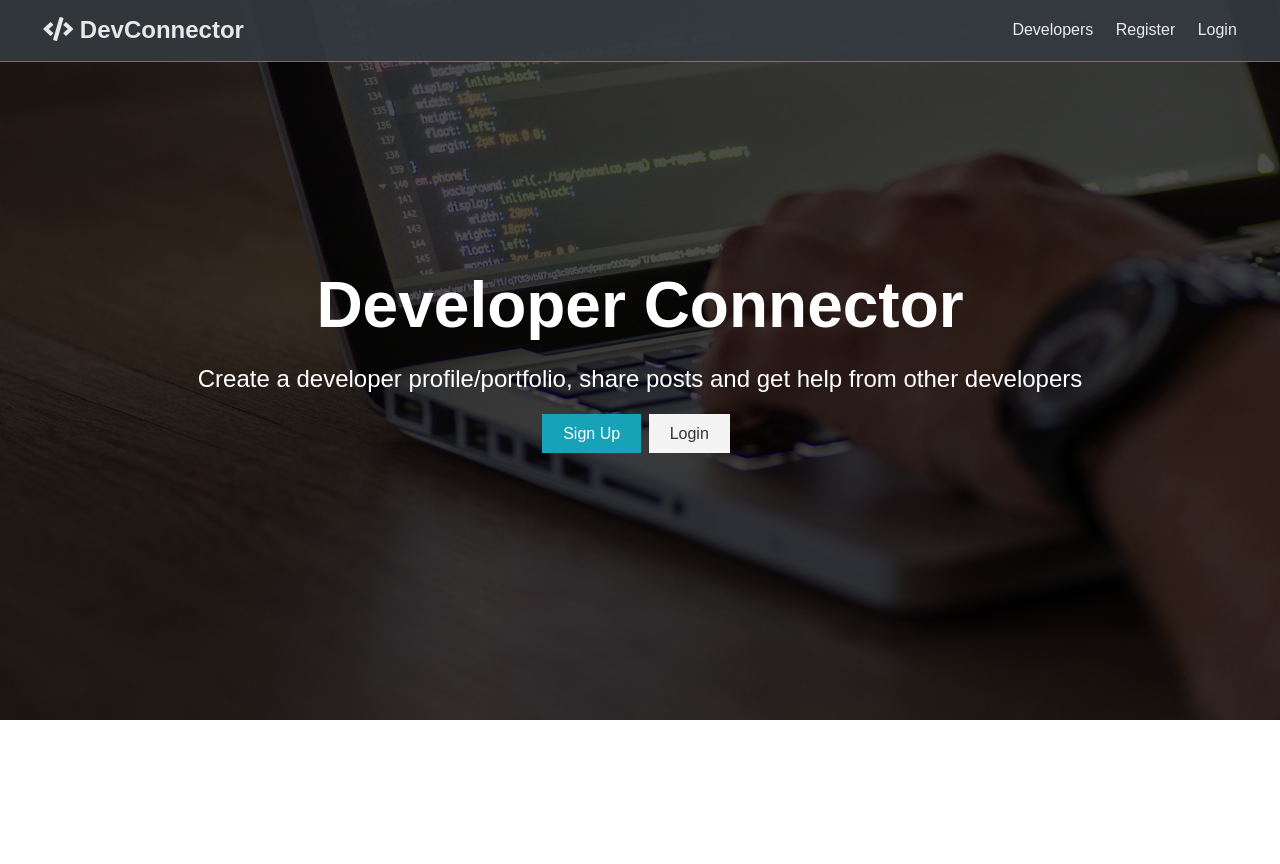
Repository: ErikBaer/devConnector
Page: / (app in client/)
An editor plug-in stored every save of this project. The page is shown before and after the next save, followed by the edit.
The browser window is 1280 px wide. The pictures show the whole page.
The page's requests for data from a server got no answer. Some web libraries are served in a nearby version. The project was rebuilt for these pictures with package versions that can differ from the ones it lists, and the page was loaded fresh each time. No one was signed in, and anything a server would have sent is missing. Also part of the build but not shown: client/src/components/auth/Register.js, client/src/components/auth/Login.js, client/src/components/layout/Alert.js, client/src/components/layout/Spinner.js, client/src/actions/profile.js, client/src/components/dashboard/DashboardActions.js, client/src/components/dashboard/Experience.js, client/src/components/dashboard/Education.js and 19 more. Imported but missing from the stored project, and not drawn on this page: client/src/components/profiles/ProfileItem.

Above is the page before, as saved 2020-04-20 17:58:22.

### client/public/index.html
<!DOCTYPE html>
<html lang="en">

<head>
  <meta charset="utf-8" />
  <link rel="icon" href="%PUBLIC_URL%/favicon.ico" />
  <meta name="viewport" content="width=device-width, initial-scale=1" />
  <meta name="theme-color" content="#000000" />
  <meta name="description" content="Web site created using create-react-app" />
  <link rel="apple-touch-icon" href="%PUBLIC_URL%/logo192.png" />
  <link rel="stylesheet" href="https://cdnjs.cloudflare.com/ajax/libs/font-awesome/5.13.0/css/all.min.css">
  <link rel="manifest" href="%PUBLIC_URL%/manifest.json" />

  <title>Welcome to devConnector</title>
</head>

<body>
  <noscript>You need to enable JavaScript to run this app.</noscript>
  <div id="root"></div>

</body>

</html>

### client/src/components/layout/Navbar.js
import React, { Fragment } from 'react';
import { Link } from 'react-router-dom';
import { connect } from 'react-redux';
import PropTypes from 'prop-types';
import { logout } from '../../actions/auth';


export const Navbar = ({ auth: { isAuthenticated, loading }, logout }) => {

    const authLinks = (
        <ul>
            <li><Link to="/profiles">
                Developers</Link></li>
            <li><Link to="/posts">
                Posts</Link></li>
            <li><Link to="/dashboard"><i className="fas fa-user" />{' '}
                <span className='hide-sm'> Dashboard</span></Link></li>
            <li>
                <a onClick={logout} href="/../#!">
                    <i className="fas fa-sign-out-alt" />{' '}
                    <span className='hide-sm' >Logout</span></a>
            </li>

        </ul>
    );

    const guestLinks = (
        <ul>
            <li><Link to="/profiles">Developers</Link></li>
            <li><Link to="/register">Register</Link></li>
            <li><Link to="/login">Login</Link></li>
        </ul>
    )


    return (
        <nav className="navbar bg-dark">
            <h1>
                <Link to="/"><i className="fas fa-code" /> DevConnector</Link>
            </h1>
            {!loading && (<Fragment>{isAuthenticated ? authLinks : guestLinks}</Fragment>)}
        </nav>
    )
}

Navbar.propTypes = {
    logout: PropTypes.func.isRequired,
    auth: PropTypes.object.isRequired,
}

const mapStateToProps = state => ({
    auth: state.auth
})

export default connect(mapStateToProps, { logout })(Navbar);

### client/src/components/layout/Landing.js
import React from 'react';
import { Link, Redirect } from 'react-router-dom';
import { connect } from 'react-redux';
import PropTypes from 'prop-types';

const Landing = ({ isAuthenticated }) => {
    if (isAuthenticated) {
        return <Redirect to='/dashboard' />;
    }

    return (
        <section className='landing'>
            <div className='dark-overlay'>
                <div className='landing-inner'>
                    <h1 className='x-large'>Developer Connector</h1>
                    <p className='lead'>
                        Create a developer profile/portfolio, share posts and get help from
                        other developers
          </p>
                    <div className='buttons'>
                        <Link to='/register' className='btn btn-primary'>
                            Sign Up
            </Link>
                        <Link to='/login' className='btn btn-light'>
                            Login
            </Link>
                    </div>
                </div>
            </div>
        </section>
    );
};

Landing.propTypes = {
    isAuthenticated: PropTypes.bool
};

const mapStateToProps = state => ({
    isAuthenticated: state.auth.isAuthenticated
});

export default connect(mapStateToProps)(Landing);

### client/src/App.css
:root {
  --primary-color: #17a2b8;
  --dark-color: #343a40;
  --light-color: #f4f4f4;
  --danger-color: #dc3545;
  --success-color: #28a745;
}

* {
  box-sizing: border-box;
  margin: 0;
  padding: 0;
}

body {
  font-family: 'Raleway', sans-serif;
  font-size: 1rem;
  line-height: 1.6;
  background-color: #fff;
  color: #333;
}

a {
  color: var(--primary-color);
  text-decoration: none;
}

ul {
  list-style: none;
}

img {
  width: 100%;
  height:100%;
  display:block;
}

/* Utilities */
.container {
  max-width: 1100px;
  margin: auto;
  overflow: hidden;
  padding: 0 2rem;
  margin-top: 6rem;
  margin-bottom: 3rem;
}

/* Text Styles*/
.x-large {
  font-size: 4rem;
  line-height: 1.2;
  margin-bottom: 1rem;
}

.large {
  font-size: 3rem;
  line-height: 1.2;
  margin-bottom: 1rem;
}

.lead {
  font-size: 1.5rem;
  margin-bottom: 1rem;
}

.text-center {
  text-align: center;
}

.text-primary {
  color: var(--primary-color);
}

.text-dark {
  color: var(--dark-color);
}

/* Padding */
.p {
  padding: 0.5rem;
}
.p-1 {
  padding: 1rem;
}
.p-2 {
  padding: 2rem;
}
.p-3 {
  padding: 3rem;
}
.py {
  padding: 0.5rem 0;
}
.py-1 {
  padding: 1rem 0;
}
.py-2 {
  padding: 2rem 0;
}
.py-3 {
  padding: 3rem 0;
}

/* Margin */
.m {
  margin: 0.5rem;
}
.m-1 {
  margin: 1rem;
}
.m-2 {
  margin: 2rem;
}
.m-3 {
  margin: 3rem;
}
.my {
  margin: 0.5rem 0;
}
.my-1 {
  margin: 1rem 0;
}
.my-2 {
  margin: 2rem 0;
}
.my-3 {
  margin: 3rem 0;
}

.btn {
  display: inline-block;
  background: var(--light-color);
  color: #333;
  padding: 0.4rem 1.3rem;
  font-size: 1rem;
  border: none;
  cursor: pointer;
  margin-right: 0.5rem;
  transition: opacity 0.2s ease-in;
  outline: none;
}

.badge {
  font-size: 0.8rem;
  padding: 0.1rem;
  text-align: center;
  margin: 0.3rem;
  background: var(--light-color);
  color: #333;
}

.alert {
  padding: 0.8rem;
  margin: 1rem 0;
  opacity: 0.9;
  background: var(--light-color);
  color: #333;
}

.btn-primary,
.bg-primary,
.badge-primary,
.alert-primary {
  background: var(--primary-color);
  color: #fff;
}

.btn-light,
.bg-light,
.badge-light,
.alert-light {
  background: var(--light-color);
  color: #333;
}

.btn-dark,
.bg-dark,
.badge-dark,
.alert-dark {
  background: var(--dark-color);
  color: #fff;
}

.btn-danger,
.bg-danger,
.badge-danger,
.alert-danger {
  background: var(--danger-color);
  color: #fff;
}

.btn-success,
.bg-success,
.badge-success,
.alert-success {
  background: var(--success-color);
  color: #fff;
}

.btn-white,
.bg-white,
.badge-white,
.alert-white {
  background: #fff;
  color: #333;
  border: #ccc solid 1px;
}

.btn:hover {
  opacity: 0.8;
}

.bg-light,
.badge-light {
  border: #ccc solid 1px;
}

.round-img {
  border-radius: 50%;
}

.line {
  height: 1px;
  background: #ccc;
  margin: 1.5rem 0;
}

/* Overlay */
.dark-overlay {
  background-color: rgba(0, 0, 0, 0.7);
  position: absolute;
  top: 0;
  left: 0;
  width: 100%;
  height: 100%;
}

/* Forms */
.form .form-group {
  margin: 1.2rem 0;
}

.form .form-text {
  display: block;
  margin-top: 0.3rem;
  color: #888;
}

.form input[type='text'],
.form input[type='email'],
.form input[type='password'],
.form input[type='date'],
.form select,
.form textarea {
  display: block;
  width: 100%;
  padding: 0.4rem;
  font-size: 1.2rem;
  border: 1px solid #ccc;
}

.form input[type='submit'],
button {
  font: inherit;
}

.form .social-input {
  display: flex;
}

.form .social-input i {
  padding: 0.5rem;
  width: 4rem;
}

.form .social-input i.fa-twitter {
  color: #38a1f3;
}
.form .social-input i.fa-facebook {
  color: #3b5998;
}
.form .social-input i.fa-instagram {
  color: #3f729b;
}
.form .social-input i.fa-youtube {
  color: #c4302b;
}
.form .social-input i.fa-linkedin {
  color: #0077b5;
}

.table th,
.table td {
  padding: 1rem;
  text-align: left;
}

.table th {
  background: var(--light-color);
}

/* Navbar */
.navbar {
  display: flex;
  justify-content: space-between;
  align-items: center;
  padding: 0.7rem 2rem;
  position: fixed;
  z-index: 1;
  width: 100%;
  top: 0;
  border-bottom: solid 1px var(--primary-color);
  opacity: 0.9;
}

.navbar ul {
  display: flex;
}

.navbar a {
  color: #fff;
  padding: 0.45rem;
  margin: 0 0.25rem;
}

.navbar a:hover {
  color: var(--primary-color);
}

.navbar .welcome span {
  margin-right: 0.6rem;
}

/* Landing Page */
.landing {
  position: relative;
  background: url('./img/showcase.jpg') no-repeat center center/cover;
  height: 100vh;
}

.landing-inner {
  color: #fff;
  height: 100%;
  width: 80%;
  margin: auto;
  display: flex;
  flex-direction: column;
  align-items: center;
  justify-content: center;
  text-align: center;
}

/* Profiles Page */
.profile {
  display: grid;
  grid-template-columns: 2fr 4fr 2fr;
  align-items: center;
  grid-gap: 2rem;
  padding: 1rem;
  line-height: 1.8;
  margin-bottom: 1rem;
}

/* Profile Page */
.profile-grid {
  display: grid;
  grid-template-areas:
    'top top'
    'about about'
    'exp edu'
    'github github';
  grid-gap: 1rem;
}

.profile-top {
  grid-area: top;
  display: flex;
  flex-direction: column;
  align-items: center;
  justify-content: center;
  text-align: center;
}

.profile-top img {
  width: 250px;
}

.profile-top .icons a {
  color: #fff;
  margin: 0 0.3rem;
}

.profile-top .icons a:hover {
  color: var(--dark-color);
}

.profile-about {
  grid-area: about;
  text-align: center;
}

.profile-about .skills {
  display: flex;
  align-items: center;
  justify-content: center;
  text-align: center;
}

.profile-exp {
  grid-area: exp;
}

.profile-edu {
  grid-area: edu;
}

.profile-exp h2,
.profile-edu h2 {
  margin-bottom: 1rem;
}

.profile-exp > div,
.profile-edu > div {
  margin-bottom: 1rem;
  padding-bottom: 1rem;
  border-bottom: #ccc 1px dotted;
}

.profile-exp > div:last-child,
.profile-edu > div:last-child {
  border: 0;
}

.profile-exp p,
.profile-edu p {
  margin: 0.5rem 0;
}

.profile-github {
  grid-area: github;
}

.profile-github .repo {
  display: flex;
}

.profile-github .repo > div:first-child {
  flex: 7;
  flex-basis: 70%;
}

.profile-github > div:last-child {
  flex: 3;
  flex-basis: 20%;
}

/* Posts Page */
.post-form .post-form-header {
  background: var(--primary-color);
  padding: 0.5rem;
}

.post {
  display: grid;
  grid-template-columns: 1fr 4fr;
  grid-gap: 2rem;
  align-items: center;
}

.post > div:first-child {
  text-align: center;
}

.post img {
  width: 100px;
}

.post .comment-count {
  background: var(--light-color);
  color: var(--primary-color);
  padding: 0.1rem 0.2rem;
  border-radius: 5px;
  font-size: 0.8rem;
}

.post .post-date {
  color: #aaa;
  font-size: 0.8rem;
  margin-bottom: 0.5rem;
}

/* Mobile Styles */
@media (max-width: 700px) {
  .container {
    margin-top: 8rem;
  }

  .hide-sm {
    display: none;
  }

  /* Text Styles */
  .x-large {
    font-size: 3rem;
  }

  .large {
    font-size: 2rem;
  }

  .lead {
    font-size: 1rem;
  }

  /* Navbar */
  .navbar {
    display: block;
    text-align: center;
  }

  .navbar ul {
    text-align: center;
    justify-content: center;
  }

  .navbar h1 {
    margin-bottom: 1rem;
  }

  .navbar .welcome {
    display: none;
  }

  /* Profiles Page */
  .profile {
    grid-template-columns: 1fr;
    text-align: center;
  }

  .profile ul {
    display: none;
  }

  /* Profile Page */

  .profile-top img,
  .profile img {
    width: 200px;
    margin: auto;
  }

  .profile-grid {
    grid-template-areas:
      'top'
      'about'
      'exp'
      'edu'
      'github';
  }

  .profile-about .skills {
    flex-direction: column;
  }

  .dash-buttons a {
    display: block;
    width: 100%;
    margin-bottom: 0.2rem;
  }

  .post {
    grid-template-columns: 1fr;
  }
  .post a,
  .post button {
    padding: 0.3rem 0.4rem;
  }
}

### client/src/store.js
import { createStore, applyMiddleware } from 'redux';
import { composeWithDevTools } from 'redux-devtools-extension';
import thunk from 'redux-thunk';
import rootReducer from './reducers';
import setAuthToken from './utils/setAuthToken';

const initialState = {};

const middleWare = [thunk];

const store = createStore(rootReducer, initialState, composeWithDevTools(applyMiddleware(...middleWare))
);

// set up a store subscription listener
// to store the users token in localStorage

// prevent auth error on first run of subscription
let currentState = {
    auth: { token: null, isAuthenticated: null, loading: true, user: null }
};

store.subscribe(() => {
    // keep track of the previous and current state to compare changes
    let previousState = currentState;
    currentState = store.getState();
    // if the token changes set the value in localStorage and axios headers
    if (previousState.auth.token !== currentState.auth.token) {
        const token = currentState.auth.token;
        setAuthToken(token);
    }
});

export default store;

### client/src/utils/setAuthToken.js
import axios from 'axios';

const setAuthToken = token => {
    if (token === null) {
        delete axios.defaults.headers.common['x-auth-token'];
        localStorage.removeItem('token');



    } else {
        axios.defaults.headers.common['x-auth-token'] = token;
        localStorage.setItem('token', token);
    }
}

export default setAuthToken;

### client/src/actions/alert.js
import { SET_ALERT, REMOVE_ALERT } from './types';
import { v4 as uuidv4 } from 'uuid';

export const setAlert = (msg, alertType, timeout = 5000) => dispatch => {
    const id = uuidv4();
    dispatch({
        type: SET_ALERT,
        payload: { msg, alertType, id }
    })

    setTimeout(() => dispatch({ type: REMOVE_ALERT, payload: id }), timeout);
}

### client/src/reducers/index.js
import { combineReducers } from 'redux';
import alert from './alert';
import auth from './auth';
import profile from './profile';
import post from './post'

export default combineReducers({
    alert, auth, profile, post
});

### client/src/actions/types.js
export const SET_ALERT = 'SET_ALERT';
export const REMOVE_ALERT = 'REMOVE_ALERT';
export const REGISTER_SUCCESS = 'REGISTER_SUCCESS';
export const REGISTER_FAIL = 'REGISTER_FAIL';
export const USER_LOADED = 'USER_LOADED';
export const AUTH_ERROR = 'AUTH_ERROR';
export const LOGIN_SUCCESS = 'LOGIN_SUCCESS';
export const LOGIN_FAIL = 'LOGIN_FAIL';
export const LOGOUT = 'LOGOUT';
export const GET_PROFILE = 'GET_PROFILE';
export const PROFILE_ERROR = 'PROFILE_ERROR';
export const CLEAR_PROFILE = 'CLEAR_PROFILE';
export const UPDATE_PROFILE = 'UPDATE_PROFILE';
export const ACCOUNT_DELETED = 'ACCOUNT_DELETED';
export const GET_PROFILES = 'GET_PROFILES';
export const GET_REPOS = 'GET_REPOS';
export const NO_REPOS = 'NO_REPOS';
export const GET_POSTS = 'GET_POSTS';
export const GET_POST = 'GET_POST';
export const POST_ERROR = 'POST_ERROR';
export const UPDATE_LIKES = 'UPDATE_LIKES'
export const DELETE_POST = 'DELETE_POST';
export const ADD_POST = 'ADD_POST'
export const ADD_COMMENT = 'ADD_COMMENT'
export const REMOVE_COMMENT = 'REMOVE_COMMENT'

### client/src/reducers/alert.js
import { SET_ALERT, REMOVE_ALERT } from '../actions/types';

const initialState = [

];

export default function (state = initialState, action) {

    const { type, payload } = action;

    switch (type) {
        case SET_ALERT:
            return [...state, payload];
        case REMOVE_ALERT:
            return state.filter(alert => alert.id !== payload);
        default: return state;
    }
}

### client/src/reducers/auth.js
import { REGISTER_SUCCESS, REGISTER_FAIL, USER_LOADED, AUTH_ERROR, LOGIN_SUCCESS, LOGIN_FAIL, LOGOUT, ACCOUNT_DELETED } from '../actions/types';

const initialState = {
    token: localStorage.getItem('token'),
    isAuthenticated: null,
    loading: true,
    user: null
}

export default function (state = initialState, action) {
    const { type, payload } = action;

    switch (type) {
        case USER_LOADED:
            return {
                ...state,
                isAuthenticated: true,
                loading: false,
                user: payload
            }

        case REGISTER_SUCCESS:
        case LOGIN_SUCCESS:
            return {
                ...state,
                ...payload,
                isAuthenticated: true,
                loading: false
            }

        case REGISTER_FAIL:
        case AUTH_ERROR:
        case LOGIN_FAIL:
        case LOGOUT:
        case ACCOUNT_DELETED:
            return {
                ...state,
                token: null,
                isAuthenticated: false,
                loading: false,
                user: null
            }


        default:
            return state;
    }
}

### client/src/reducers/profile.js
import {
    GET_PROFILE,
    PROFILE_ERROR,
    CLEAR_PROFILE,
    UPDATE_PROFILE,
    GET_PROFILES,
    GET_REPOS,
    NO_REPOS
} from '../actions/types';

const initialState = {
    profile: null,
    profiles: [],
    repos: [],
    loading: true,
    error: {}
}

export default function (state = initialState, action) {
    const { type, payload } = action;

    switch (type) {

        case GET_PROFILE:
        case UPDATE_PROFILE:
            return {
                ...state,
                profile: payload,
                loading: false
            }

        case GET_PROFILES:
            return {
                ...state,
                profiles: payload,
                loading: false
            }

        case PROFILE_ERROR:
            return {
                ...state,
                error: payload,
                loading: false,
                profile: null
            }
        case CLEAR_PROFILE:
            return {
                ...state,
                profile: null,
                repos: [],
                loading: false
            }

        case GET_REPOS:
            return {
                ...state,
                repos: payload,
                loading: false
            }


        default:
            return state

    }
}

Loaded but not shown: client/src/index.js (common file); client/src/App.js (65 lines, source omitted); client/src/actions/auth.js (97 lines, source omitted); client/src/reducers/post.js (74 lines, source omitted)

After the next save:
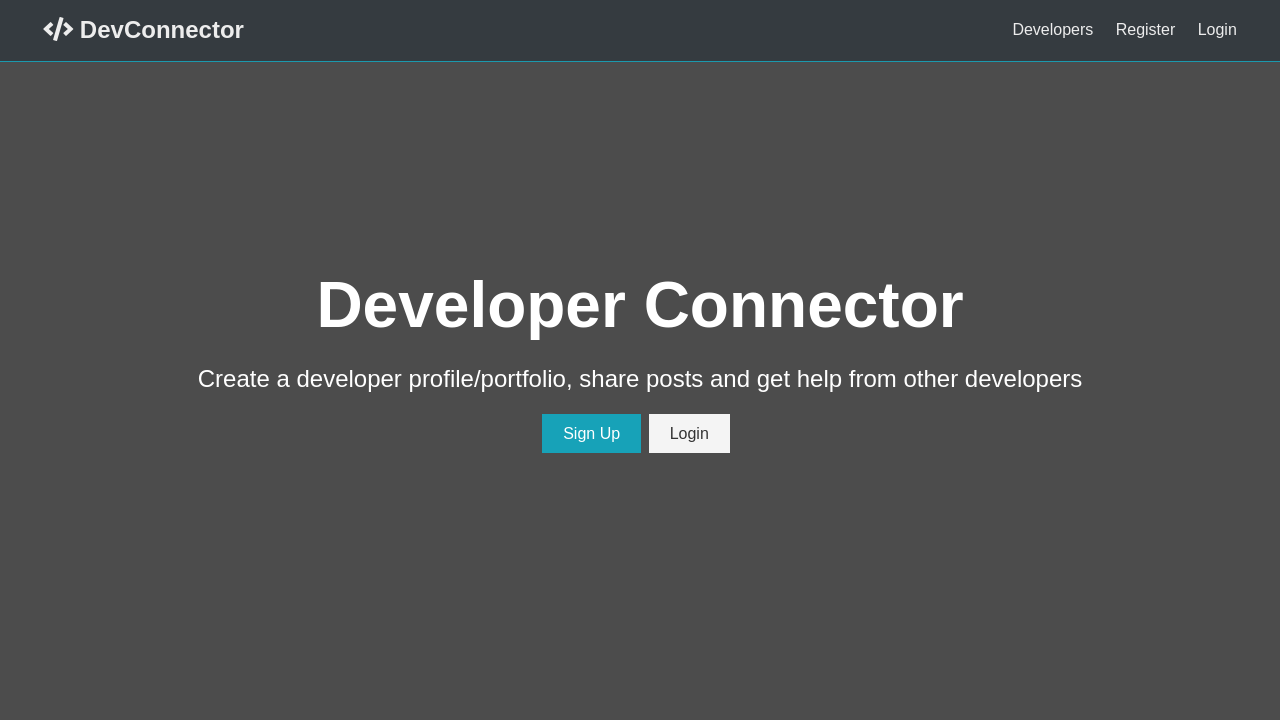
Saved 2 min 16 s later.
--- a/client/src/components/layout/Landing.js
+++ b/client/src/components/layout/Landing.js
@@ -1,4 +1,4 @@
-import React from 'react';
+import React, { Fragment } from 'react';
 import { Link, Redirect } from 'react-router-dom';
 import { connect } from 'react-redux';
 import PropTypes from 'prop-types';
@@ -9,7 +9,7 @@
     }
 
     return (
-        <section className='landing'>
+        <Fragment className='landing'>
             <div className='dark-overlay'>
                 <div className='landing-inner'>
                     <h1 className='x-large'>Developer Connector</h1>
@@ -27,7 +27,7 @@
                     </div>
                 </div>
             </div>
-        </section>
+        </Fragment>
     );
 };
 

After the save that followed:
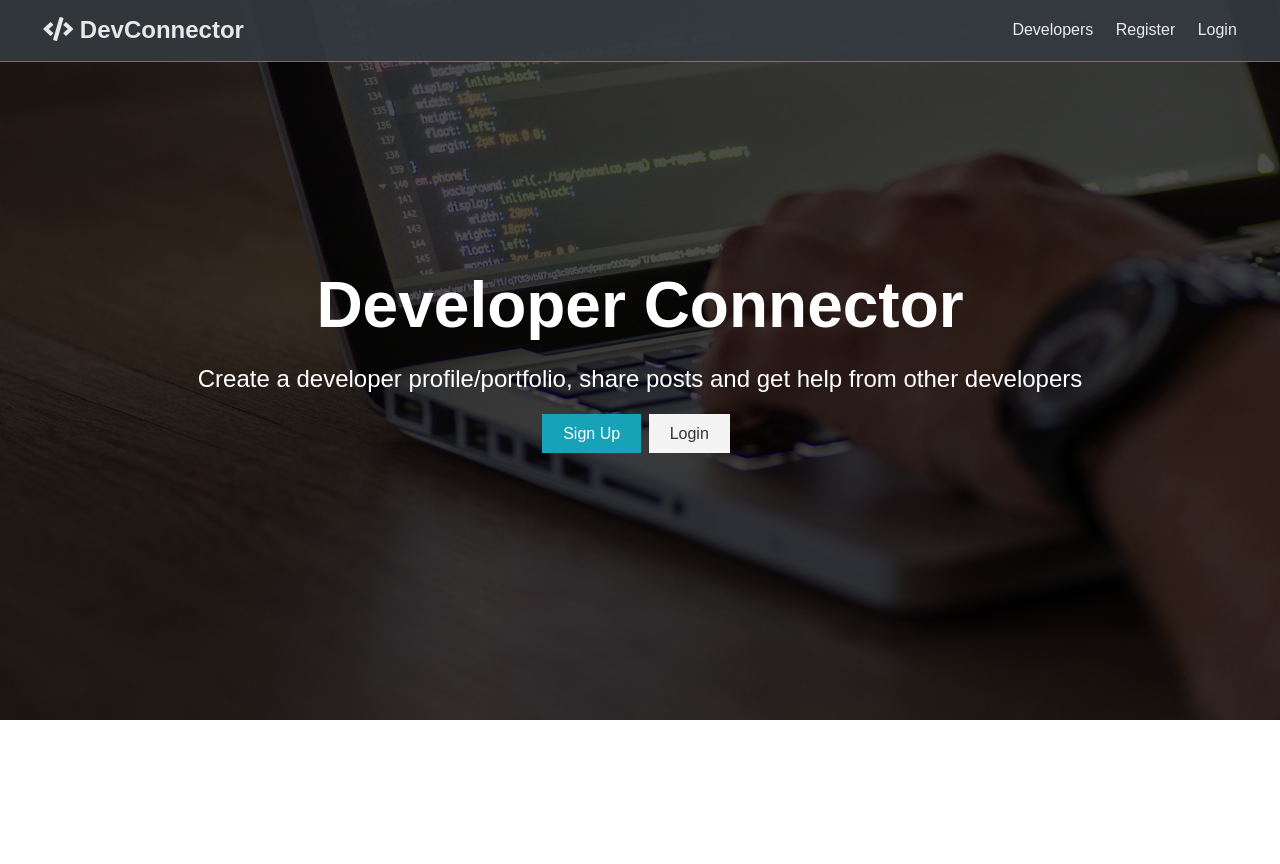
Saved 53 s later.
--- a/client/src/components/layout/Landing.js
+++ b/client/src/components/layout/Landing.js
@@ -1,4 +1,4 @@
-import React, { Fragment } from 'react';
+import React from 'react';
 import { Link, Redirect } from 'react-router-dom';
 import { connect } from 'react-redux';
 import PropTypes from 'prop-types';
@@ -9,7 +9,7 @@
     }
 
     return (
-        <Fragment className='landing'>
+        <section className='landing'>
             <div className='dark-overlay'>
                 <div className='landing-inner'>
                     <h1 className='x-large'>Developer Connector</h1>
@@ -27,7 +27,7 @@
                     </div>
                 </div>
             </div>
-        </Fragment>
+        </section>
     );
 };
 
